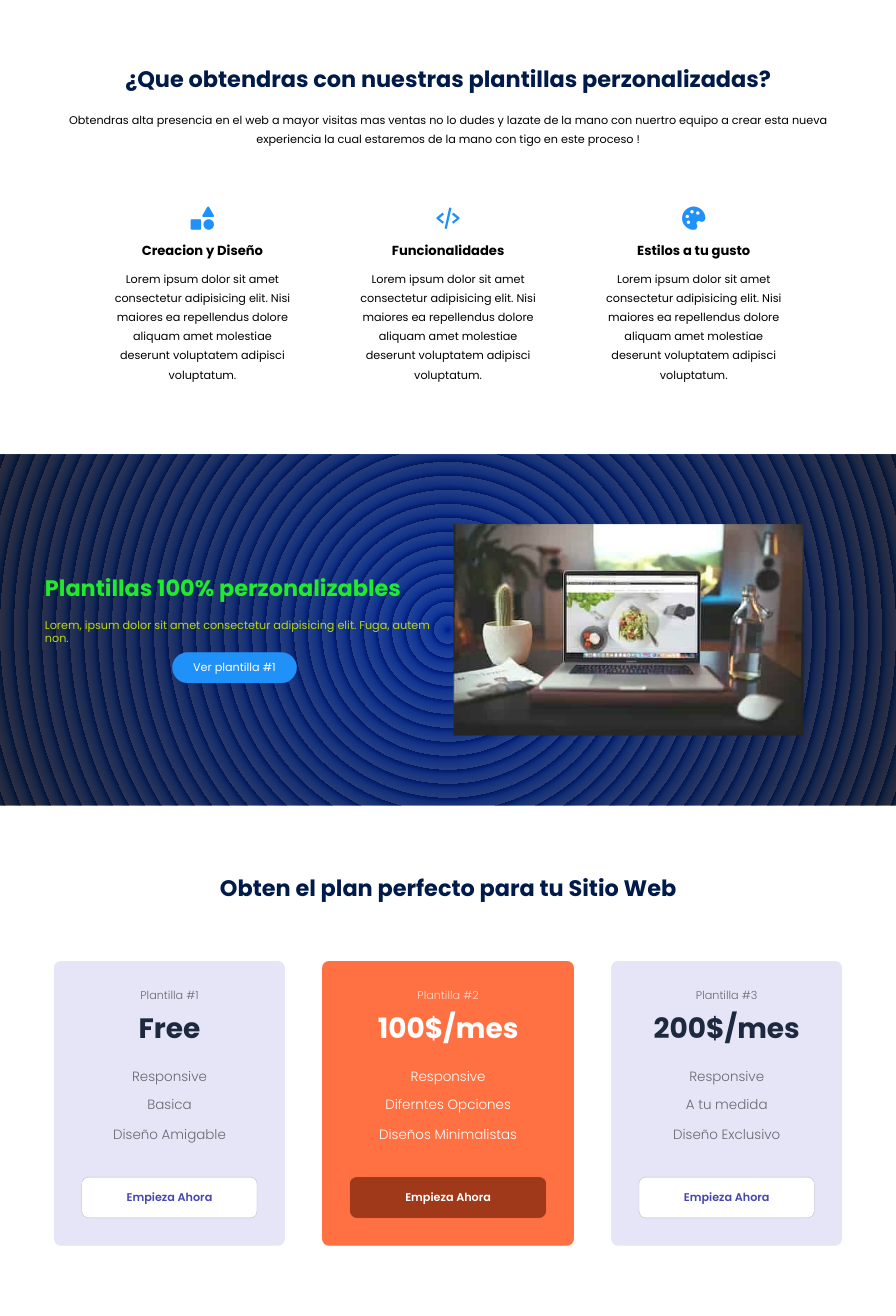
Repository: cega17/una-pagina-web
Page: index.html
The author's editor kept a copy of each file at every save. The page is drawn from the files as they stood at one save, then again after the next save.
The browser window is 1280 px wide. The pictures show the part of the page from y = 724 to 2644 px (the page is 2604 px tall before and 2644 px after), at 70% of full size.

Above is the page before, as saved 2023-10-30 14:08:43.

After the next save:
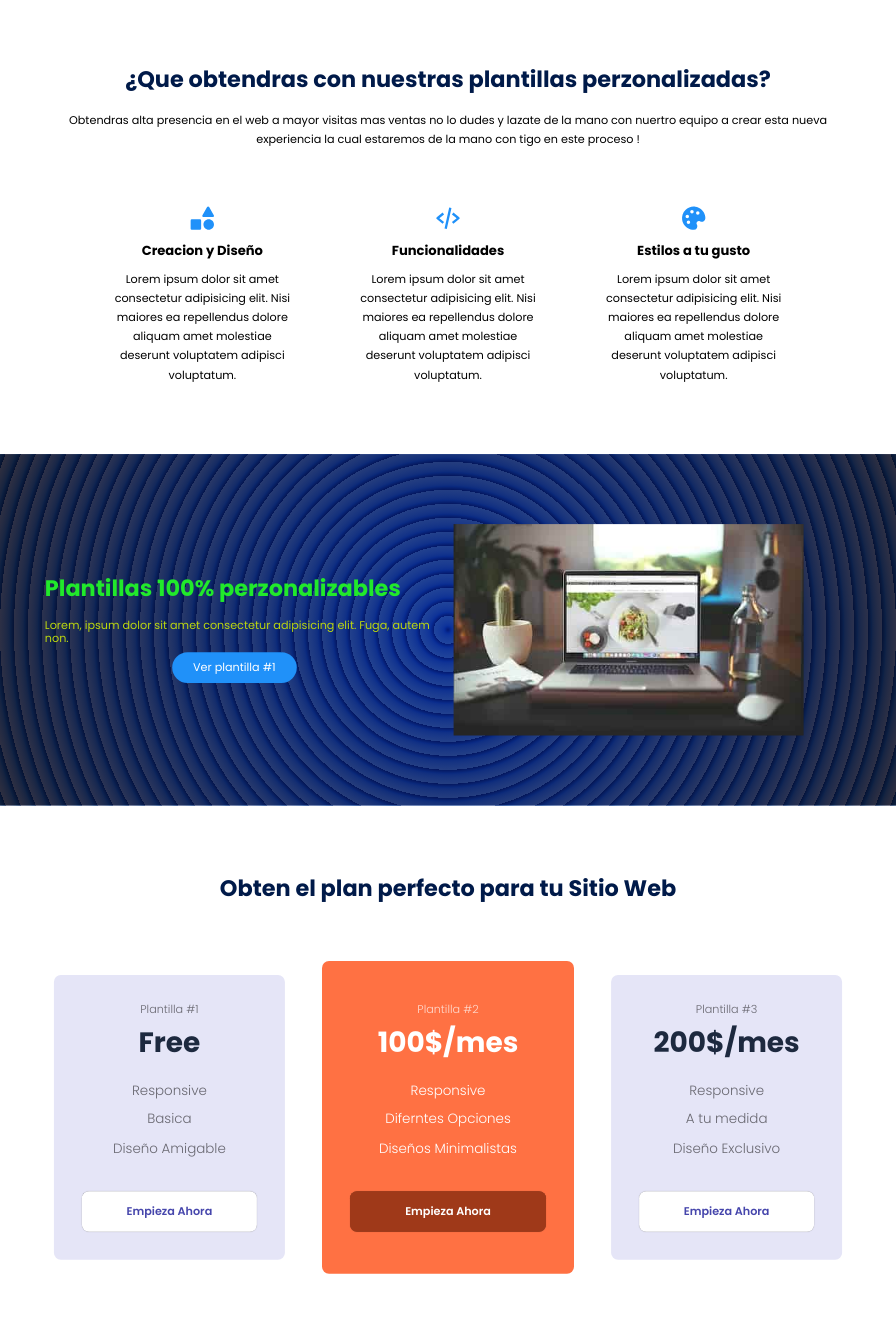
Saved 28 s later.
--- a/css/styles.css
+++ b/css/styles.css
@@ -250,6 +250,7 @@ body {
 }
 .price__element--best{
     width:360px ;
+    padding: 60px 40px;
 
     background-color:#ff7143;
     --color-plan:rgb(255 255 255 / 75%);
